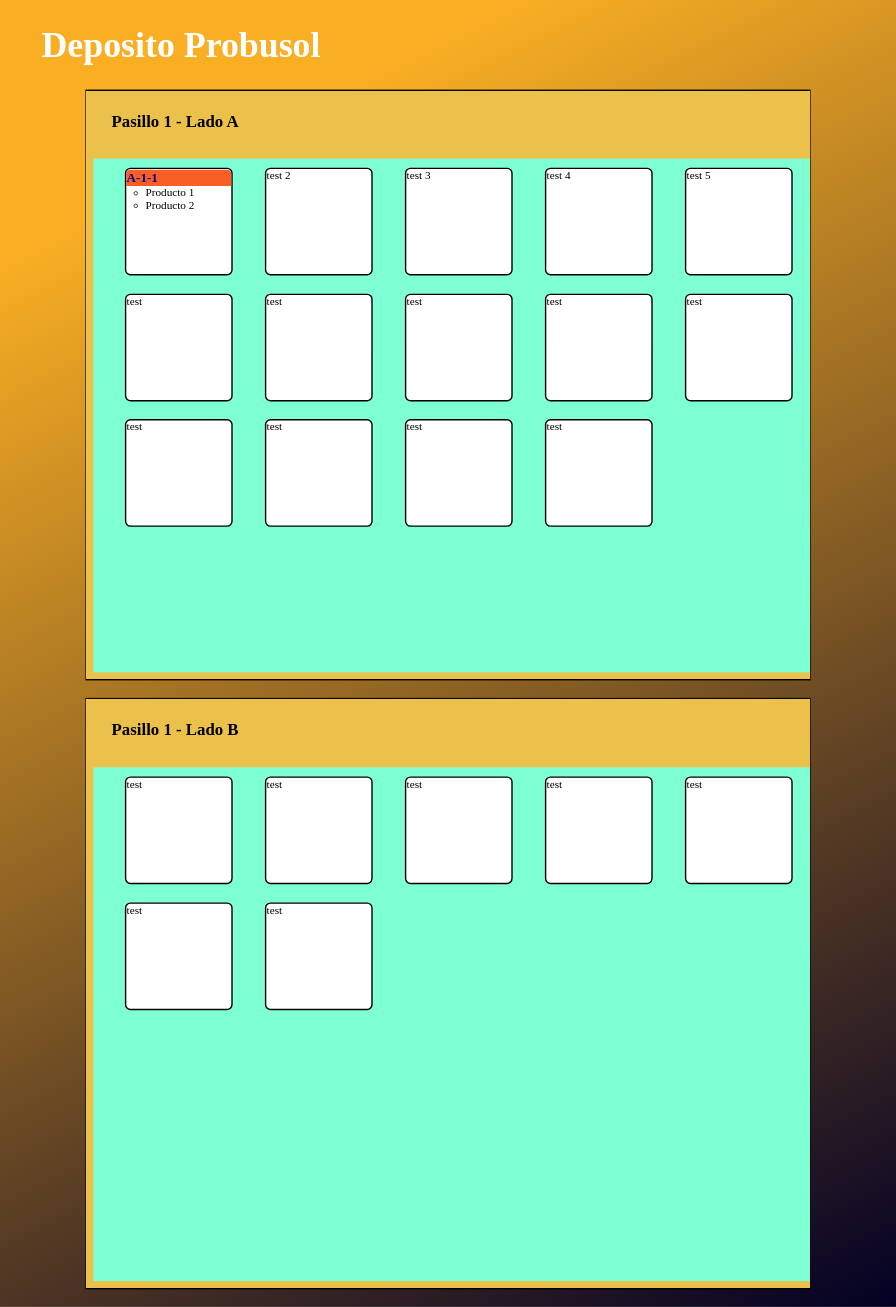
Repository: Franzcod/DepoStock_Web
Page: index.html
These files come from the project's save history. The page is drawn as it stood at one moment and after the next save; the edit follows.
The browser window is 1280 px wide. The pictures show the whole page, at 70% of full size.

Above is the page before, as saved 2020-06-07 19:53:16.
Console error: ReferenceError: ur is not defined

After the next save:
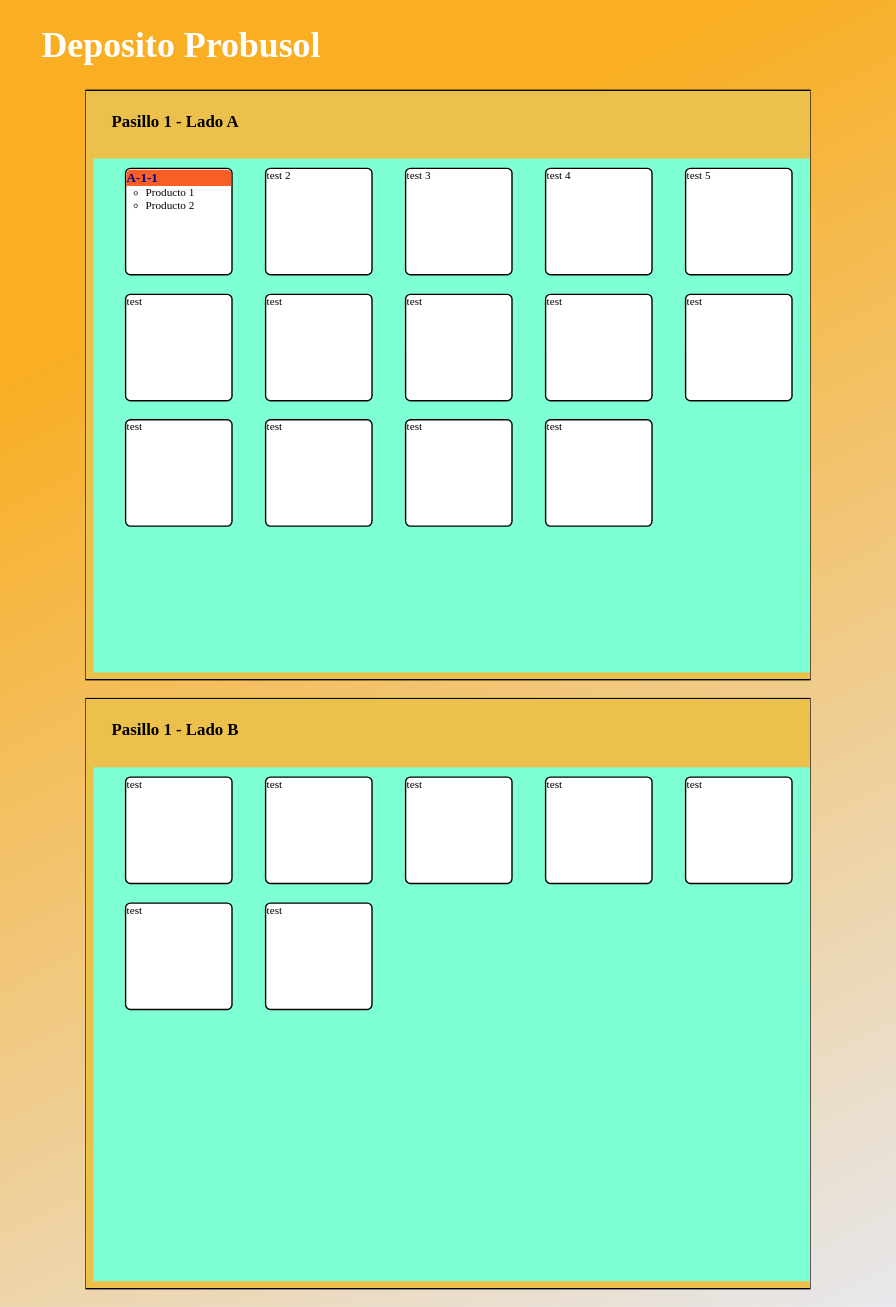
Saved 91 s later.
--- a/estilo/estilo.css
+++ b/estilo/estilo.css
@@ -1,6 +1,6 @@
 html{
-    background: rgb(2,0,36);
-    background: linear-gradient(333deg, rgba(2,0,36,1) 0%, rgba(248,163,5,0.8774860285911239) 85%);
+    background: rgb(231,231,236);
+    background: linear-gradient(333deg, rgba(231,231,236,1) 0%, rgba(248,163,5,0.8774860285911239) 78%);
 }
 
 .titulo{
